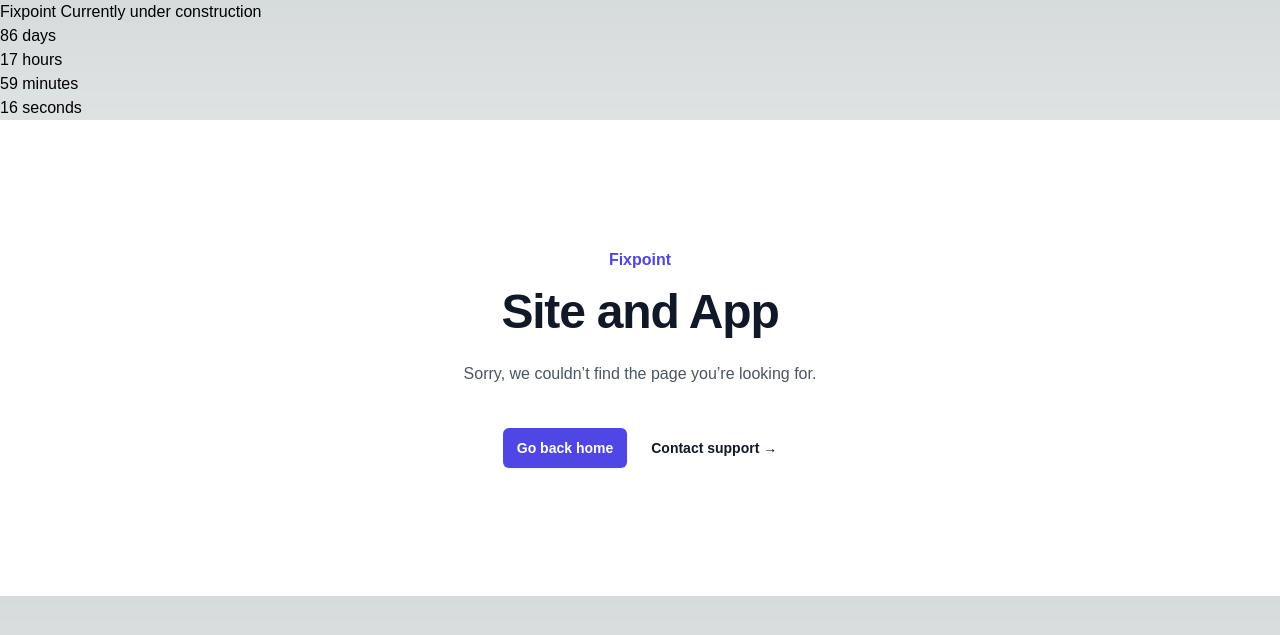
Repository: emorilebo/fixpoint_web
Page: /
An editor plug-in stored every save of this project. The page is shown before and after a run of saves, followed by the edit.
The browser window is 1280 px wide. The pictures show the whole page.
The project was rebuilt for these pictures with package versions that can differ from the ones it lists, and the page was loaded fresh each time. The framework's server and built-in components were replaced by stand-ins that run in the browser. Also part of the build but not shown: next.config.js.

Above is the page before, as saved 2023-09-15 20:10:27.

### src/pages/_document.tsx
import { Html, Head, Main, NextScript } from 'next/document'

export default function Document() {
  return (
    <Html lang="en">
      <Head />
      <body className='h-full'>
        <Main />
        <NextScript />
      </body>
    </Html>
  )
}

### src/pages/index.tsx
import Image from 'next/image';
import Countdown from '../../components/Countdown';

const HomePage: React.FC = () => {
  const targetDate = '2023-09-30T00:00:00';

  return (
    <div>

      <h1>Fixpoint Currently under construction</h1>
      <Countdown targetDate={targetDate} />
      <main className="grid min-h-full place-items-center bg-white px-6 py-24 sm:py-32 lg:px-8">
        <div className="text-center">
          <p className="text-base font-semibold text-indigo-600">Fixpoint</p>
          <h1 className="mt-4 text-3xl font-bold tracking-tight text-gray-900 sm:text-5xl">Site and App </h1>
          <p className="mt-6 text-base leading-7 text-gray-600">Sorry, we couldn’t find the page you’re looking for.</p>
          <div className="mt-10 flex items-center justify-center gap-x-6">
            <a
              href="#"
              className="rounded-md bg-indigo-600 px-3.5 py-2.5 text-sm font-semibold text-white shadow-sm hover:bg-indigo-500 focus-visible:outline focus-visible:outline-2 focus-visible:outline-offset-2 focus-visible:outline-indigo-600"
            >
              Go back home
            </a>
            <a href="#" className="text-sm font-semibold text-gray-900">
              Contact support <span aria-hidden="true">&rarr;</span>
            </a>
          </div>
        </div>
      </main>
    </div>
  );
};

export default HomePage;

### src/styles/globals.css
@tailwind base;
@tailwind components;
@tailwind utilities;

body {
  font-family: sans-serif;
}

.countdown-timer {
  display: flex;
  justify-content: center;
  align-items: center;
  height: 100vh;
  background-color: #fff;
}

.countdown-timer__clock {
  font-size: 100px;
  font-weight: bold;
}

.countdown-timer__controls {
  margin-top: 50px;
}

.countdown-timer__controls button {
  padding: 10px 20px;
  background-color: #000;
  color: #fff;
  border: none;
  border-radius: 5px;
  cursor: pointer;
}


:root {
  --foreground-rgb: 0, 0, 0;
  --background-start-rgb: 214, 219, 220;
  --background-end-rgb: 255, 255, 255;
}

@media (prefers-color-scheme: dark) {
  :root {
    --foreground-rgb: 255, 255, 255;
    --background-start-rgb: 0, 0, 0;
    --background-end-rgb: 0, 0, 0;
  }
}

body {
  color: rgb(var(--foreground-rgb));
  background: linear-gradient(
      to bottom,
      transparent,
      rgb(var(--background-end-rgb))
    )
    rgb(var(--background-start-rgb));
}

### components/Countdown.tsx
import { useEffect, useState } from 'react';

interface CountdownProps {
  targetDate: string;
}

const Countdown: React.FC<CountdownProps> = ({ targetDate }) => {
  const [timeLeft, setTimeLeft] = useState<number>(0);

  useEffect(() => {
    const interval = setInterval(() => {
      const now = new Date().getTime();
      const distance = new Date(targetDate).getTime() - now;
      setTimeLeft(Math.max(0, distance));
    }, 1000);

    return () => clearInterval(interval);
  }, [targetDate]);

  const days = Math.floor(timeLeft / (1000 * 60 * 60 * 24));
  const hours = Math.floor((timeLeft % (1000 * 60 * 60 * 24)) / (1000 * 60 * 60));
  const minutes = Math.floor((timeLeft % (1000 * 60 * 60)) / (1000 * 60));
  const seconds = Math.floor((timeLeft % (1000 * 60)) / 1000);

  return (
    <div>
      <div>{days} days</div>
      <div>{hours} hours</div>
      <div>{minutes} minutes</div>
      <div>{seconds} seconds</div>
    </div>
  );
};

export default Countdown;

Loaded but not shown: src/pages/_app.tsx (common file); tailwind.config.js (common file)

After the next 2 saves:
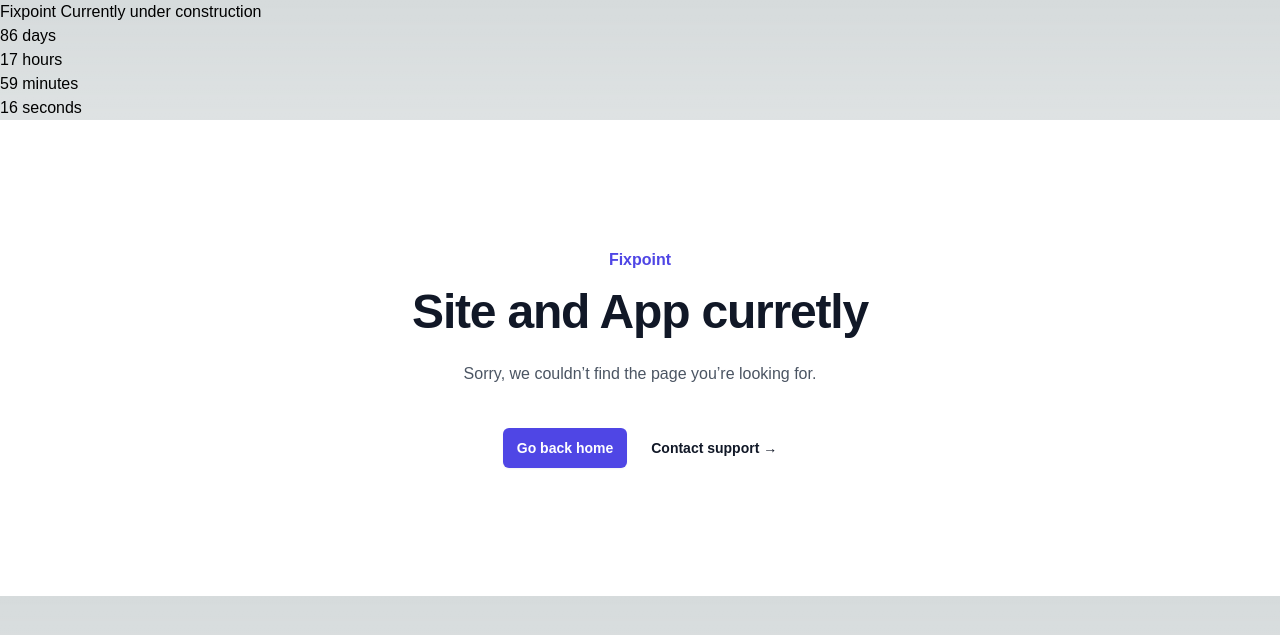
The 2 saves are shown as one change because they came seconds apart.
The last was saved 6 s later.
--- a/src/pages/index.tsx
+++ b/src/pages/index.tsx
@@ -12,7 +12,7 @@
       <main className="grid min-h-full place-items-center bg-white px-6 py-24 sm:py-32 lg:px-8">
         <div className="text-center">
           <p className="text-base font-semibold text-indigo-600">Fixpoint</p>
-          <h1 className="mt-4 text-3xl font-bold tracking-tight text-gray-900 sm:text-5xl">Site and App </h1>
+          <h1 className="mt-4 text-3xl font-bold tracking-tight text-gray-900 sm:text-5xl">Site and App curretly</h1>
           <p className="mt-6 text-base leading-7 text-gray-600">Sorry, we couldn’t find the page you’re looking for.</p>
           <div className="mt-10 flex items-center justify-center gap-x-6">
             <a
